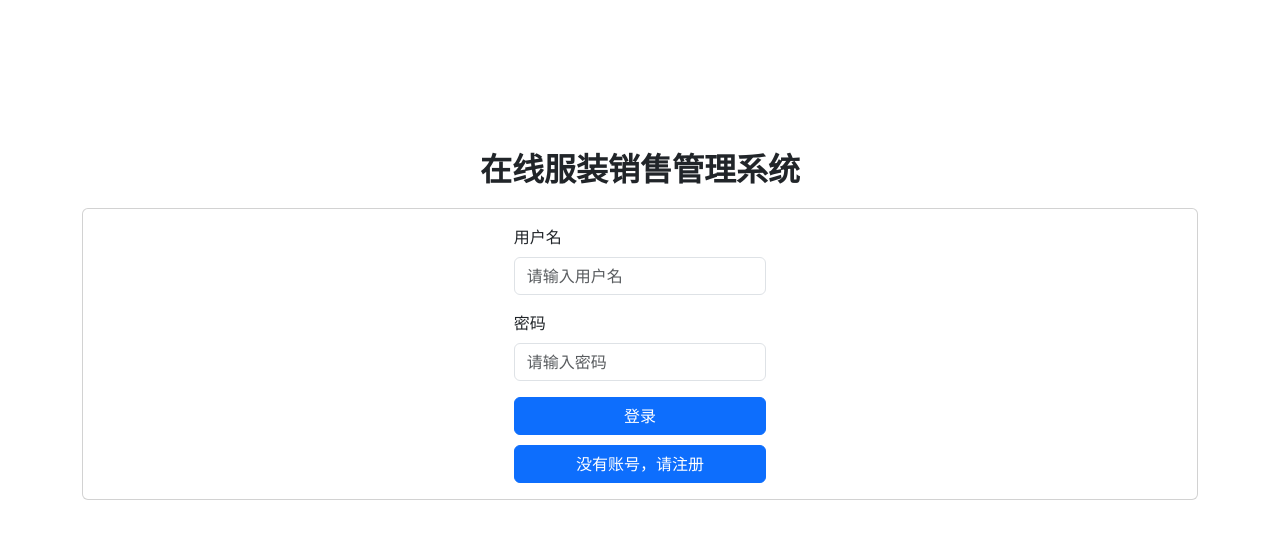
Repository: squawktop/CFS
Page: / (app in web/)
The author's editor kept a copy of each file at every save. The page is drawn from the files as they stood at one save, then again after the next save.
The browser window is 1280 px wide. The pictures show the whole page.
The project was rebuilt for these pictures with package versions that can differ from the ones it lists, and the page was loaded fresh each time. Also part of the build but not shown: web/vue.config.js, web/src/views/RegisterView.vue, web/src/components/NavBar.vue, web/src/views/HomeView.vue, web/src/views/UsersManageView.vue, web/src/views/PersonalCenterView.vue, web/src/views/GoodsManageView.vue, web/src/views/OrdersManageView.vue and 1 more.

Above is the page before, as saved 2024-03-23 17:05:24.

### web/src/App.vue
<template>
  <RouterView></RouterView>
</template>

<script>


// 导入bootstrap
import "bootstrap/dist/css/bootstrap.min.css"
import "bootstrap/dist/js/bootstrap"
// import { ref } from "vue";

// import $ from 'jquery';
export default {
  components: {

  }
  ,
  setup() {
    // const user_id = ref("");
    // const username = ref("");
    // const password = ref("");

    // $.ajax({
    //   type: "get",
    //   url: "http://127.0.0.1:3000/user/getlist",
    //   success(resp) {
    //     user_id.value = resp[0].id;
    //     username.value = resp[0].username;
    //     password.value = resp[0].password;

    //   },
    //   error() {
    //     this.user_id = "error"
    //   }
    // })




    return {

    }
  }

}

</script>

<style></style>

### web/src/router/index.js
import { createRouter, createWebHistory } from 'vue-router'
// import HomeView from '../views/HomeView.vue'
import LoginView from '../views/LoginView.vue'
import RegisterView from '../views/RegisterView.vue'
import HomeView from '../views/HomeView.vue'
import UsersManageView from '../views/UsersManageView.vue'
import PersonalCenterView from '../views/PersonalCenterView.vue'
import GoodsManageView from '../views/GoodsManageView.vue'
import OrdersManageView from '../views/OrdersManageView.vue'
import NotFound from '../views/NotFoundView.vue'
import store from '@/store/index'

const routes = [
  {
    path: '/',
    name: 'home',
    component: HomeView,
    // redirect: "/user/register",
    meta: { //该页面是否需要授权      //随便写， 也可以设置为   flag : true;
      requestAuth: true,
    }
  },

  {
    path: '/user/login',
    name: 'user_login',
    component: LoginView,
    meta: {
      requestAuth: false,
    }
  },

  {
    path: '/user/register',
    name: 'user_register',
    component: RegisterView,
    meta: { //该页面是否需要授权
      requestAuth: false,
    }
  },
  {
    path: '/user/personalcenter',
    name: 'personal_center',
    component: PersonalCenterView,
    meta: { //该页面是否需要授权
      requestAuth: true,
    }
  },

  {
    path: '/user/usermanage',
    name: 'user_manage',
    component: UsersManageView,
    meta: { //该页面是否需要授权
      requestAuth: true,
    }
  }
  ,
  {
    path: '/goods/manage',
    name: 'goods_manage',
    component: GoodsManageView,
    meta: { //该页面是否需要授权
      requestAuth: true,
    }
  }, {
    path: '/orders/manage',
    name: 'orders_manage',
    component: OrdersManageView,
    meta: { //该页面是否需要授权
      requestAuth: true,
    }
  },


  {
    path: "/404/",
    name: "404",
    component: NotFound
  },
  {
    path: "/:catchAll(.*)",
    redirect: "/404/",  //页面重定向到404
  }
]

const router = createRouter({
  history: createWebHistory(),
  routes
})

router.beforeEach((to, from, next) => {
  if (to.meta.requestAuth && !store.state.user.is_login) {
    next({ name: "user_login" });
  } else {
    next();
  }
})

export default router

### web/src/store/index.js
import { createStore } from 'vuex'
import ModuleUser from '@/store/user'

export default createStore({
  state: {
  },
  getters: {
  },
  mutations: {
  },
  actions: {
  },
  modules: {
    user: ModuleUser,
  }
})

### web/src/views/LoginView.vue
<template>
    <div class="background">
        <h2>在线服装销售管理系统</h2>
        <ContentField v-if="!$store.state.user.pulling_info">
            <div class="row justify-content-md-center">
                <div class="col-3">
                    <form @submit.prevent="login">
                        <div class="mb-3">
                            <label for="username" class="form-label">用户名</label>
                            <input v-model="username" type="text" class="form-control" id="username"
                                placeholder="请输入用户名" />
                        </div>
                        <div class="mb-3">
                            <label for="password" class="form-label">密码</label>
                            <input v-model="password" type="password" class="form-control" id="password"
                                placeholder="请输入密码" />
                        </div>
                        <div class="error-message">{{ error_message }} </div>
                        <button type="submit" class="btn btn-primary">登录</button>
                        <button type="button" class="btn btn-primary" style="margin-top: 10px"
                            @click="registerview">没有账号，请注册</button>

                    </form>
                </div>
            </div>
        </ContentField>
    </div>

</template>

<script>
import ContentField from "@/components/ContentField.vue";
import { useStore } from "vuex"
import { ref } from "vue"
import router from "@/router/index";

export default {
    components: {
        ContentField,
    },
    setup() {
        const store = useStore();
        let username = ref('');
        let password = ref('');
        let error_message = ref('');


        const jwt_token = localStorage.getItem("jwt_token");
        if (jwt_token) {
            store.commit("updateToken", jwt_token);
            store.dispatch("getinfo", {
                success() {
                    router.push({ name: "home" });
                    store.commit("updatePullingInfo", false);
                }, error() {
                    store.commit("updatePullingInfo", false);
                }
            })
        } else {
            store.commit("updatePullingInfo", false);
        }




        const login = () => {
            error_message.value = "";
            store.dispatch("login", {
                username: username.value,
                password: password.value,
                success() {
                    store.dispatch("getinfo", {
                        success() {
                            router.push({ name: 'home' });
                        }
                    })

                },
                error() {
                    error_message.value = "用户名或密码错误";
                }
            })
        }

        const registerview = () => {
            router.push({ name: "user_register" });
        }

        return {
            username,
            password,
            error_message,
            login,
            registerview,

        }
    }
};
</script>

<style scoped>
body::before{
    content: ' ';
	position: fixed;
	z-index: -1;
	top: 0;
	right: 0;
	bottom: 0;
	left: 0;
	background: #2D3A4B;
	background-size: 100% auto;
}

h2 {
    text-align: center;
    margin-top: 150px;
    font-weight: bold;
}

button {
    width: 100%;
}

div.error-message {
    color: red;
}
</style>

### web/src/store/user.js
import router from '@/router';
import $ from 'jquery'
export default {
    state: {
        id: "",
        username: "",
        photo: "",
        token: "",
        is_login: false,
        pulling_info: true,
    },
    getters: {
    },
    mutations: {        //一般是用来修改数据的
        updateUser(state, user) {
            state.id = user.id;
            state.username = user.username;
            state.photo = user.photo;
            state.is_login = user.is_login;
        },
        updateToken(state, token) {
            state.token = token;
        },
        logout(state) {
            state.id = "";
            state.username = "";
            state.photo = "";
            state.token = "";
            state.is_login = false;
            router.push({ name: "user_login" });
        },
        updatePullingInfo(state, pulling_info) {
            state.pulling_info = pulling_info;
        },
    },

    actions: {

        login(context, data) {
            $.ajax({
                url: "http://127.0.0.1:3000/api/user/account/token/",
                type: "post",
                data: {
                    username: data.username,
                    password: data.password,
                },
                success(resp) {
                    if (resp.error_message === "success") {
                        localStorage.setItem("jwt_token", resp.token);
                        context.commit("updateToken", resp.token);
                        data.success(resp);
                    } else {
                        data.error(resp);
                    }
                },
                error(resp) {
                    data.error(resp)
                },
            });
        },
        getinfo(context, data) {
            $.ajax({
                url: "http://127.0.0.1:3000/api/user/account/info/",
                type: "get",
                headers: {
                    Authorization:
                        "Bearer " + context.state.token,
                },
                success(resp) {
                    if (resp.error_message === "success") {
                        // console.log(resp);
                        context.commit("updateUser", {
                            ...resp,
                            is_login: true,

                        });
                        data.success(resp);
                    } else {
                        data.success(resp);
                    }

                },
                error(resp) {
                    data.error(resp);
                },
            });

        },
        logout(context) {
            localStorage.removeItem("jwt_token");
            context.commit("logout")
        }
    },
    modules: {
    }
}

### web/src/components/ContentField.vue
<template>
    <div class="container content-field">
        <div class="card">
            <div class="card-body">
                <slot></slot>
            </div>
        </div>
    </div>
</template>

<script>
</script>

<style scoped>
div.content-field {
    margin-top: 20px;
}
</style>

Loaded but not shown: web/public/index.html (common file); web/src/main.js (common file)

After the next save:
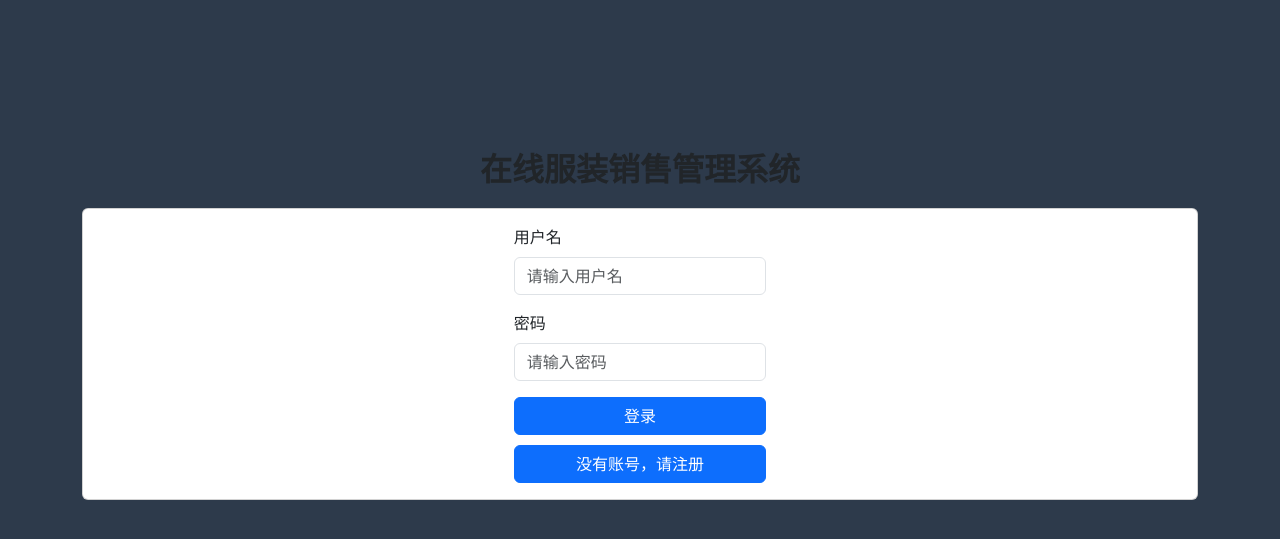
Saved 15 s later.
--- a/web/src/views/LoginView.vue
+++ b/web/src/views/LoginView.vue
@@ -98,7 +98,7 @@
 };
 </script>
 
-<style scoped>
+<style >
 body::before{
     content: ' ';
 	position: fixed;

After the save that followed:
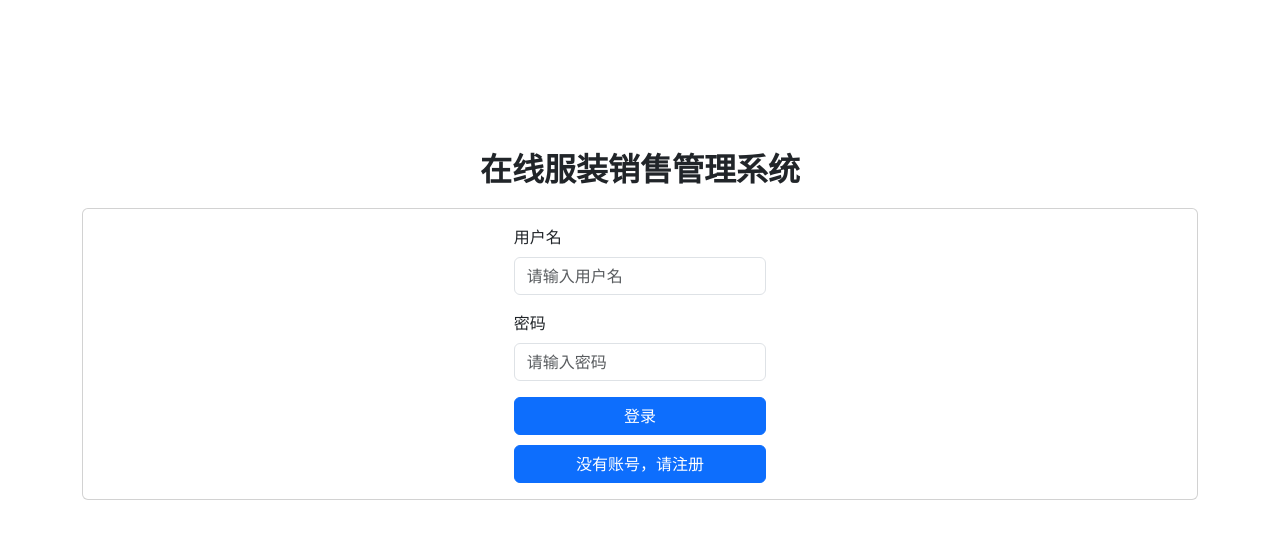
Saved 13 s later.
--- a/web/src/views/LoginView.vue
+++ b/web/src/views/LoginView.vue
@@ -98,7 +98,7 @@
 };
 </script>
 
-<style >
+<style scoped>
 body::before{
     content: ' ';
 	position: fixed;
